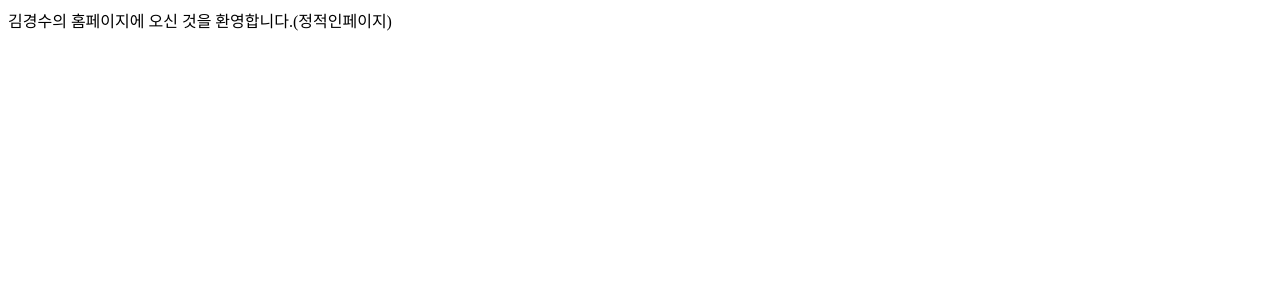
Repository: ainokks071/ServletJSP
Page: WEB/webapp/index.html
These files come from the project's save history. The page is drawn as it stood at one moment and after the next save; the edit follows.
The browser window is 1280 px wide. The pictures show the whole page.

Above is the page before, as saved 2023-07-31 07:43:49.

After the next save:
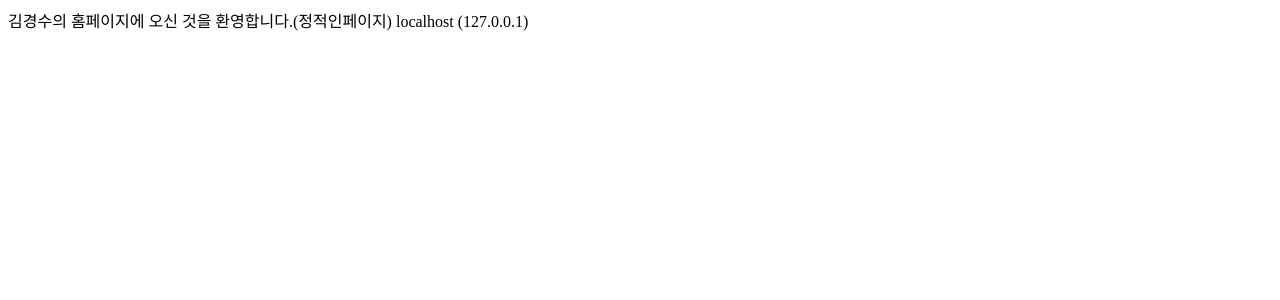
Saved 26 s later.
--- a/WEB/webapp/index.html
+++ b/WEB/webapp/index.html
@@ -7,5 +7,6 @@
 <body>
 
 김경수의 홈페이지에 오신 것을 환영합니다.(정적인페이지)
+localhost (127.0.0.1)
 </body>
 </html>
